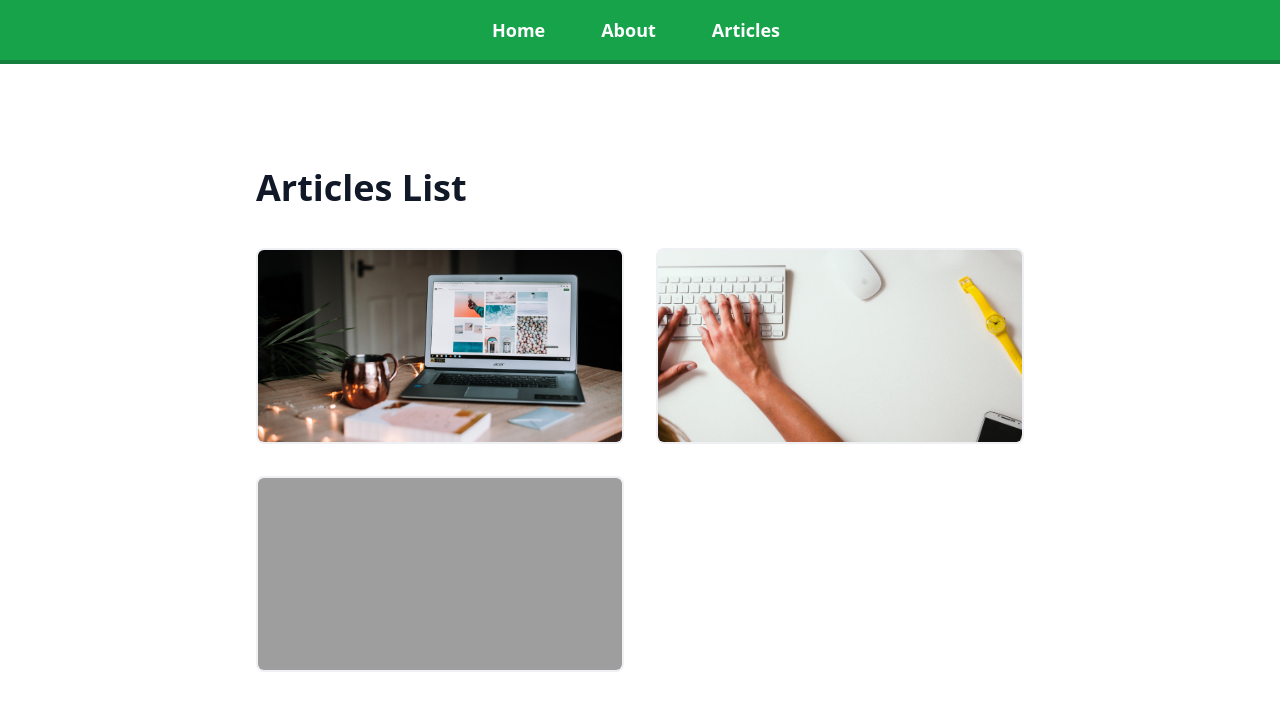
Repository: wenxi0504/BLOG
Page: /articles-list (app in client/)
The author's editor kept a copy of each file at every save. The page is drawn from the files as they stood at one save, then again after the next save.
The browser window is 1280 px wide. The pictures show the whole page.
Pictures or frames that could not be fetched are drawn as grey boxes. The project was rebuilt for these pictures with package versions that can differ from the ones it lists, and the page was loaded fresh each time. Also part of the build but not shown: client/src/pages/Home.js, client/src/pages/About.js, client/src/pages/Article.js.

Above is the page before, as saved 2022-09-08 14:27:52.

After the next save:
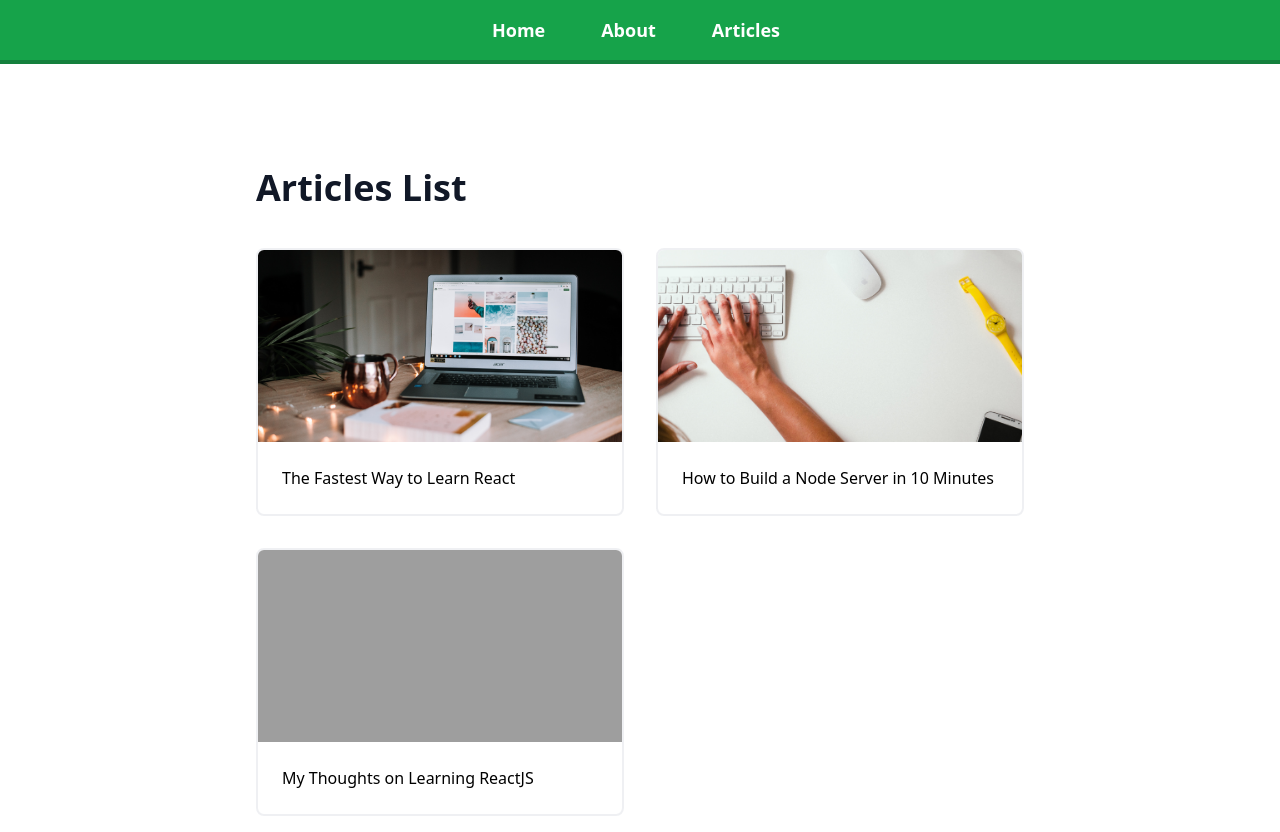
Saved 61 min 46 s later.
--- a/client/src/pages/ArticlesList.js
+++ b/client/src/pages/ArticlesList.js
@@ -14,6 +14,12 @@ const ArticlesList = () => {
                               <Link to={`/article/${article.name}`}>
                                   <img className='lg:h-48 md:h-36 w-full object-cover object-center' src={ article.thumbnail} alt="blog"/>
                               </Link>
+                              <div className='p-6'>
+                                  <Link key={index} to={`/article/${article.name}`}>
+                                      <h3>{ article.title}</h3>
+                                  </Link>
+
+                              </div>
                           </div>
                       </div>
                   ))}
